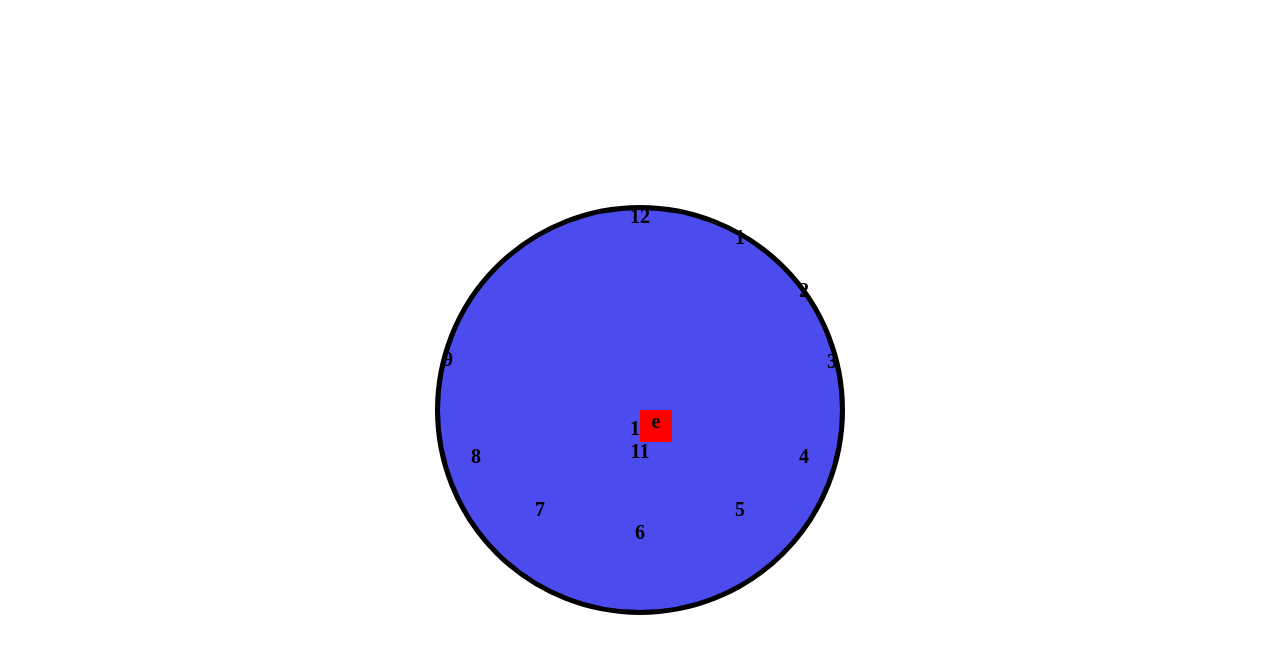
Repository: Eugene44-hub/Analog-clock
Page: index.html
The author's editor kept a copy of each file at every save. The page is drawn from the files as they stood at one save, then again after a run of saves.
The browser window is 1280 px wide. The pictures show the whole page.

Above is the page before, as saved 2021-09-04 15:22:18.

### index.html
<!DOCTYPE html>
<html lang="en">

<head>
    <meta charset="UTF-8">
    <meta http-equiv="X-UA-Compatible" content="IE=edge">
    <meta name="viewport" content="width=device-width, initial-scale=1.0">
    <title>Document</title>
    <link rel="stylesheet" href="style.css">
</head>

<body>
    <div class="clock">
        <div class="numbers">
            <div class="circle">e</div>

            <div class="num1">1</div>
            <div class="num2">2</div>
            <div class="num3">3</div>
            <div class="num4">4</div>
            <div class="num5">5</div>
            <div class="num6">6</div>
            <div class="num7">7</div>
            <div class="num8">8</div>
            <div class="num9">9</div>
            <div class="num10">10</div>
            <div class="num11">11</div>
            <div class="num12">12</div>
        </div>
    </div>
</body>

</html>

### style.css
* {
    padding: 0;
    margin: 0;
}

.clock {
    background-color: rgb(75, 75, 238);
    height: 400px;
    width: 400px;
    border: 5px solid black;
    text-align: center;
    font-weight: bold;
    font-family: cursive;
    font-size: 20px;
    transform: translate(0, 50%);
    position: relative;
    border-radius: 50%;
    margin: auto;
}

.circle {
    background-color: red;
    position: absolute;
    top: 50%;
    left: 50%;
    width: 32px;
    height: 32px;
}

.num6 {
    transform: translate(0, 850%);
}

.num9 {
    transform: translate(-48%, -200%);
}

.num12 {
    transform: translate(0, -1120%);
}

.num3 {
    transform: translate(48%, 410%);
}

.num1 {
    transform: translate(25%, 70%);
}

.num2 {
    transform: translate(41%, 200%);
}

.num4 {
    transform: translate(41%, 720%);
}

.num11 {
    transform: ;
}

.num5 {
    transform: translate(25%, 850%);
}

.num5 {
    transform: translate(25%, 850%);
}

.num7 {
    transform: translate(-25%, 650%);
}

.num8 {
    transform: translate(-41%, 320%);
}


/* .num1 {
    transform: translate(28%, 100%);
}

.num2 {
    transform: translate(44%, 260%);
}

.num3 {
    transform: translate(48%, 489%);
}

.num4 {
    transform: translate(44%, 750%);
}

.num5 {
    transform: translate(28%, 890%);
}

.num6 {
    transform: translate(0, 890%);
}

.num7 {
    transform: translate(24%, 694%);
}

.num8 {
    transform: translate(-44%, 350%)
}

.num9 {
    transform: translate(-48%, -100%);
}

.num10 {
    transform: translate(-44%, -540%);
}

.num11 {
    transform: translate(-28%, -900%);
}

.num12 {
    transform: translate(0, -1130%);
} */

After the next 3 saves:
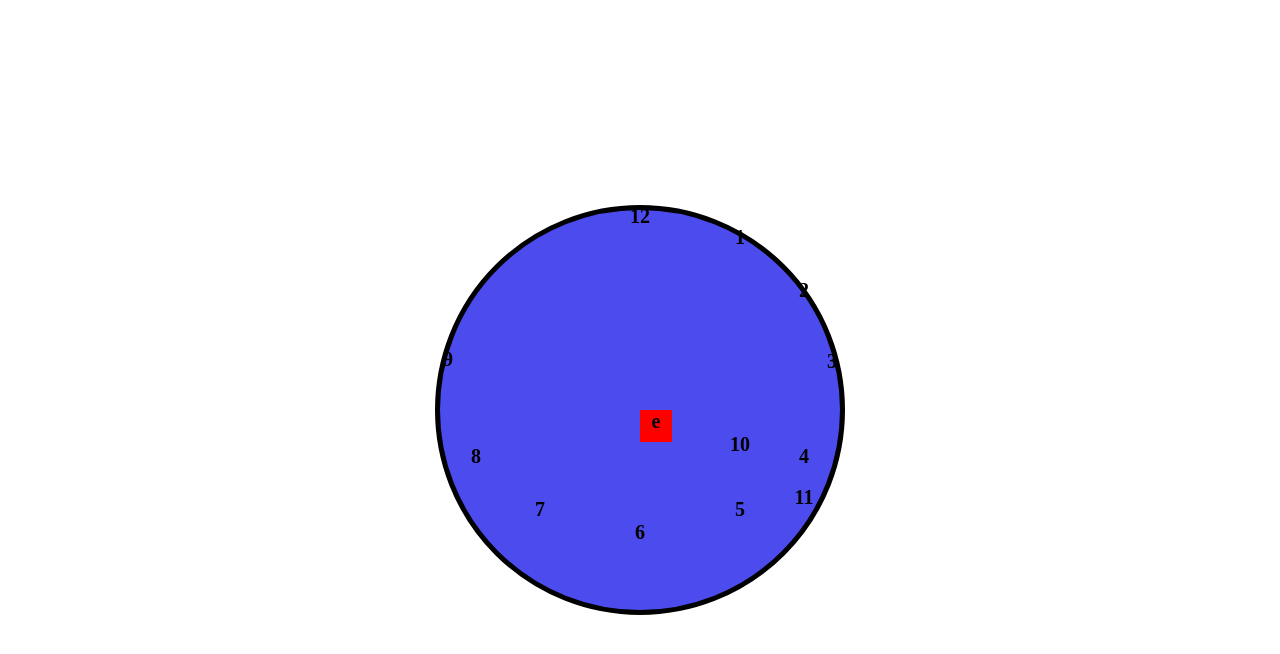
The 3 saves are shown as one change because they came seconds apart.
The last was saved 32 s later.
--- a/style.css
+++ b/style.css
@@ -75,6 +75,14 @@
     transform: translate(-41%, 320%);
 }
 
+.num10 {
+    transform: translate(25%, 70%);
+}
+
+.num11 {
+    transform: translate(41%, 200%);
+}
+
 
 /* .num1 {
     transform: translate(28%, 100%);
